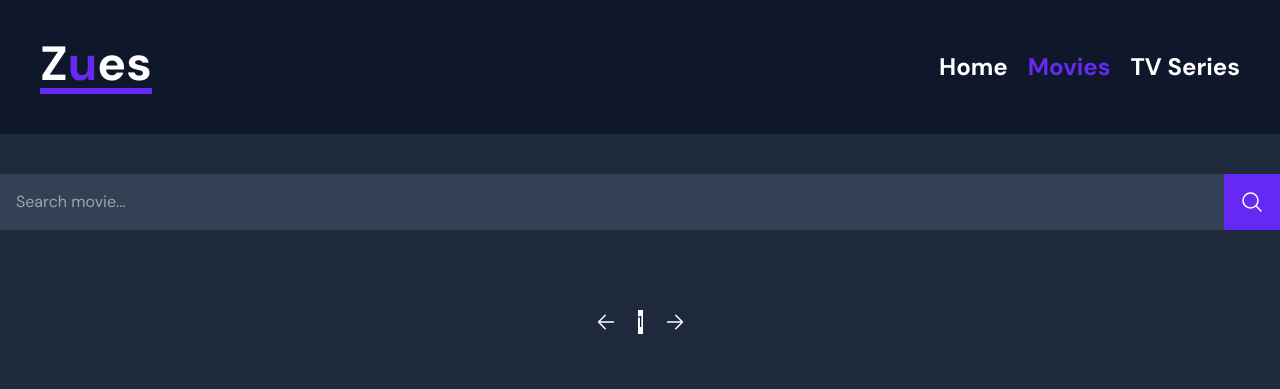
Repository: ThaiBinh1608/Web_List_Movie
Page: /movies
An editor plug-in stored every save of this project. The page is shown before and after the next save, followed by the edit.
The browser window is 1280 px wide. The pictures show the whole page.
The page's requests for data from a server got no answer. The project was rebuilt for these pictures with package versions that can differ from the ones it lists, and the page was loaded fresh each time. No one was signed in, and anything a server would have sent is missing. Also part of the build but not shown: src/components/movie/MovieCard.js, src/components/movie/MovieList.js, src/components/TVseries/TVseriesCard.js, src/components/TVseries/TvseriesList.js, src/pages/HomePage.js, src/pages/TVseriesPage.js, src/components/banner/Banner.js, src/pages/MoviesDetailsPage.js and 1 more.

Above is the page before, as saved 2023-02-26 10:58:13.

### src/index.scss
@tailwind base;
@tailwind components;
@tailwind utilities;

@layer base {
  body {
    @apply bg-slate-800 font-body text-white ;
  }
}

@layer components {
  .page-container {
    max-width: 1280px;
    @apply mx-auto;
  }

  .movie-list .swiper-slide {
    width: 300px;
    height: auto;
  }
  .tv-list .swiper-slide {
    width: 300px;
    height: auto;
  }
  .banner .swiper{
    height: 100%;
  }
}

### src/App.js
import { Fragment } from "react";
import "swiper/scss";
import { Routes,Route } from "react-router-dom";
import Main from "./components/layout/Main";
import HomePage from "./pages/HomePage";
import MoviesPage from "./pages/MoviesPage";
import TVseriesPage from "./pages/TVseriesPage";
import Banner from "./components/banner/Banner";
import MoviesDetailsPage from "./pages/MoviesDetailsPage";
import TVSeriesDetailsPage from "./pages/TVseriesDetailsPage";
function App() {
  return (
    <Fragment>
      <Routes>
          <Route  element= {<Main></Main>}>

            <Route path="/" element={
              <>
                <Banner></Banner>
                <HomePage></HomePage>
              </>}>
            </Route>
            <Route path="/movies" element={<MoviesPage></MoviesPage>}></Route>
            <Route path="/movie/:movieId" element={<MoviesDetailsPage></MoviesDetailsPage>}></Route>
            <Route path="/TVseries" element={<TVseriesPage></TVseriesPage>}></Route>
            <Route path="/TVserie/:TVserieId" element={<TVSeriesDetailsPage></TVSeriesDetailsPage>}></Route>

          </Route>
      </Routes>
    </Fragment>
  );
}

export default App;

### src/components/layout/Main.js
import React, {Fragment} from 'react';
import Header from './Header';
import { Outlet } from 'react-router-dom';
const Main = () => {
    return (
        <Fragment>
            <Header></Header>
            <Outlet></Outlet>
        </Fragment>
    );
};

export default Main;

### src/pages/MoviesPage.js
import React, { useEffect, useState } from 'react';
import useSWR from "swr";
import {fetcher} from "../config"
import MovieCard from '../components/movie/MovieCard';
import useDebounce from '../hooks/useDebounce';

//https://api.themoviedb.org/3/search/movie?api_key=
const MoviesPage = () => {
    const [filter, setFilter] =useState("");
    const [url, setUrl] = useState("https://api.themoviedb.org/3/movie/popular?api_key=ccd2fb4b6c71b6649a8e1b8c8338a19e");
    const filterDebounce = useDebounce(filter,500);
    const handleFilterChange = (event) => {
        setFilter(event.target.value);
    }
    const { data , error} = useSWR(url, fetcher);
    const loading = !data && !error;
    useEffect(() => {
        if(filterDebounce) {
            setUrl(`https://api.themoviedb.org/3/search/movie?api_key=ccd2fb4b6c71b6649a8e1b8c8338a19e&query=${filterDebounce}`);
        }else {
            setUrl(`https://api.themoviedb.org/3/movie/popular?api_key=ccd2fb4b6c71b6649a8e1b8c8338a19e`)
        }

    },[filterDebounce]);

    const movies = data?.results || [];

    return (
        <div className='py-10 page-container'>
        <div className="flex mb-10">
            <div className="flex-1">
                <input type="text" className= "w-full p-4 bg-slate-700 text-white outline-none" placeholder="Search movie..."
                    onChange={handleFilterChange}
                />

            </div>
            <button className='p-4 bg-primary text-white'>
            <svg xmlns="http://www.w3.org/2000/svg" fill="none" viewBox="0 0 24 24" strokeWidth="1.5" stroke="currentColor" className="w-6 h-6">
            <path strokeLinecap="round" strokeLinejoin="round" d="M21 21l-5.197-5.197m0 0A7.5 7.5 0 105.196 5.196a7.5 7.5 0 0010.607 10.607z" />
            </svg>

            </button>
        </div>
        {loading && (<div className='w-10 h-10 rounded-full border-primary border-t-transparent border-t-4
        mx-auto animate-spin'></div>) }
          <div className="grid grid-cols-4 gap-10">
            {!loading && movies.length > 0 && movies.map(item =>(
                <MovieCard item={item}></MovieCard>
            ))}
            </div>
            <div className="flex items-center justify-center mt-10 gap-x-5">
                <span><svg xmlns="http://www.w3.org/2000/svg" fill="none" viewBox="0 0 24 24"
                stroke-width="1.5" stroke="currentColor" class="w-6 h-6">
                <path stroke-linecap="round" stroke-linejoin="round" d="M19.5 12h-15m0 0l6.75 6.75M4.5 12l6.75-6.75" />
                </svg>
                </span>

                <span className='cursor-pointer inline-block p bg-white text-slate-900'>1</span>


                <span><svg xmlns="http://www.w3.org/2000/svg" fill="none" viewBox="0 0 24 24"
                stroke-width="1.5" stroke="currentColor" class="w-6 h-6">
                <path stroke-linecap="round" stroke-linejoin="round" d="M4.5 12h15m0 0l-6.75-6.75M19.5 12l-6.75 6.75" />
                </svg>
                </span>
            </div>
        </div>
    );
};

export default MoviesPage;

### src/components/layout/Header.js
import React from 'react';
import { NavLink } from 'react-router-dom';
const Header = () => {
    return (
        <>

        <header className="header flex w-full p-10 text-xl font-semibold bg-slate-900 items-center justify-between gap-x-5 text-white py-10 ">
        <div className='text-5xl font-bold text-left border-b-[6px] border-b-primary select-none
        '>Z<span className='text-primary'>u</span>es</div>
       <div className='flex  text-2xl font-semibold items-center justify-center gap-x-5'>
        <NavLink to="/" className={({isActive}) => isActive ? "text-primary": ""}>
            Home
        </NavLink>

        <NavLink to="/movies" className={({isActive}) => isActive ? "text-primary": ""}>
            Movies
        </NavLink>

        <NavLink to="/TVseries" className={({isActive}) => isActive ? "text-primary": ""}>
            TV Series
        </NavLink>
        </div>
    </header>
    </>
    );
};

export default Header;

### src/config.js
export const fetcher = (...args) => fetch(...args).then((res) => res.json());
export const apiKey ="ccd2fb4b6c71b6649a8e1b8c8338a19e";

### src/hooks/useDebounce.js
import { useEffect, useState } from "react";

export default function useDebounce(initializeValue = "", delay = 1000) {
  const [debounceValue, setDebounceValue] = useState(initializeValue);
  useEffect(() => {
    const timer = setTimeout(() => {
      setDebounceValue(initializeValue);
    }, delay);
    return () => {
      clearTimeout(timer);
    };
  }, [delay, initializeValue]);
  return debounceValue;
}

### tailwind.config.js
/** @type {import('tailwindcss').Config} */
module.exports = {
  content: ["./src/**/*.{js,jsx,ts,tsx}"],
  theme: {
    extend: {
      fontFamily: {
        body: ["DM Sans", "Sans-serif"],
      },

      colors: {
        primary: "#6529F3",
      },
    },
  },
  plugins: [],
};

Loaded but not shown: public/index.html (common file); src/index.js (common file); src/reportWebVitals.js (common file)

After the next save:
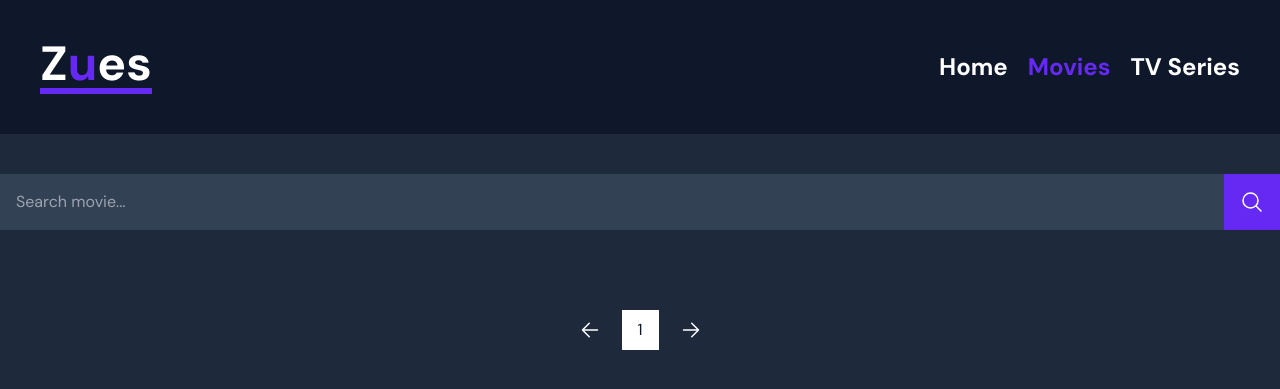
Saved 6 s later.
--- a/src/pages/MoviesPage.js
+++ b/src/pages/MoviesPage.js
@@ -55,7 +55,7 @@ const MoviesPage = () => {
                 </svg>
                 </span>
 
-                <span className='cursor-pointer inline-block p bg-white text-slate-900'>1</span>
+                <span className='cursor-pointer inline-block py-2 px-4 l bg-white text-slate-900'>1</span>
 
 
                 <span><svg xmlns="http://www.w3.org/2000/svg" fill="none" viewBox="0 0 24 24"
